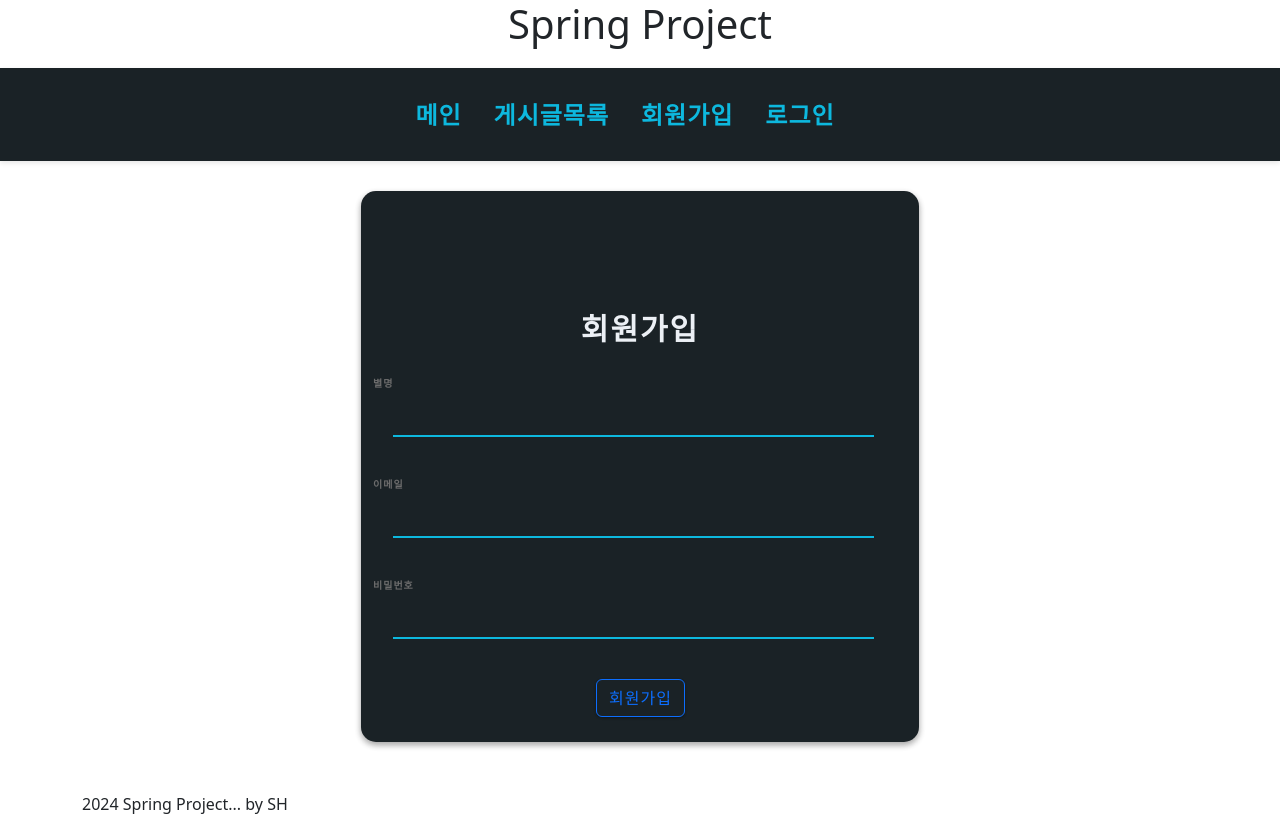
Repository: dtkd19/spring_personal_project
Page: http://localhost/myproject/WEB-INF/views/user/register.jsp
The author's editor kept a copy of each file at every save. The page is drawn from the files as they stood at one save, then again after the next save.
The browser window is 1280 px wide. The pictures show the whole page.
The page is served by Tomcat 9. Nobody is signed in. The template is opened directly, without the code that normally fills it, so the values that code supplies are empty.

Above is the page before, as saved 2024-11-08 07:16:38.

After the next save:
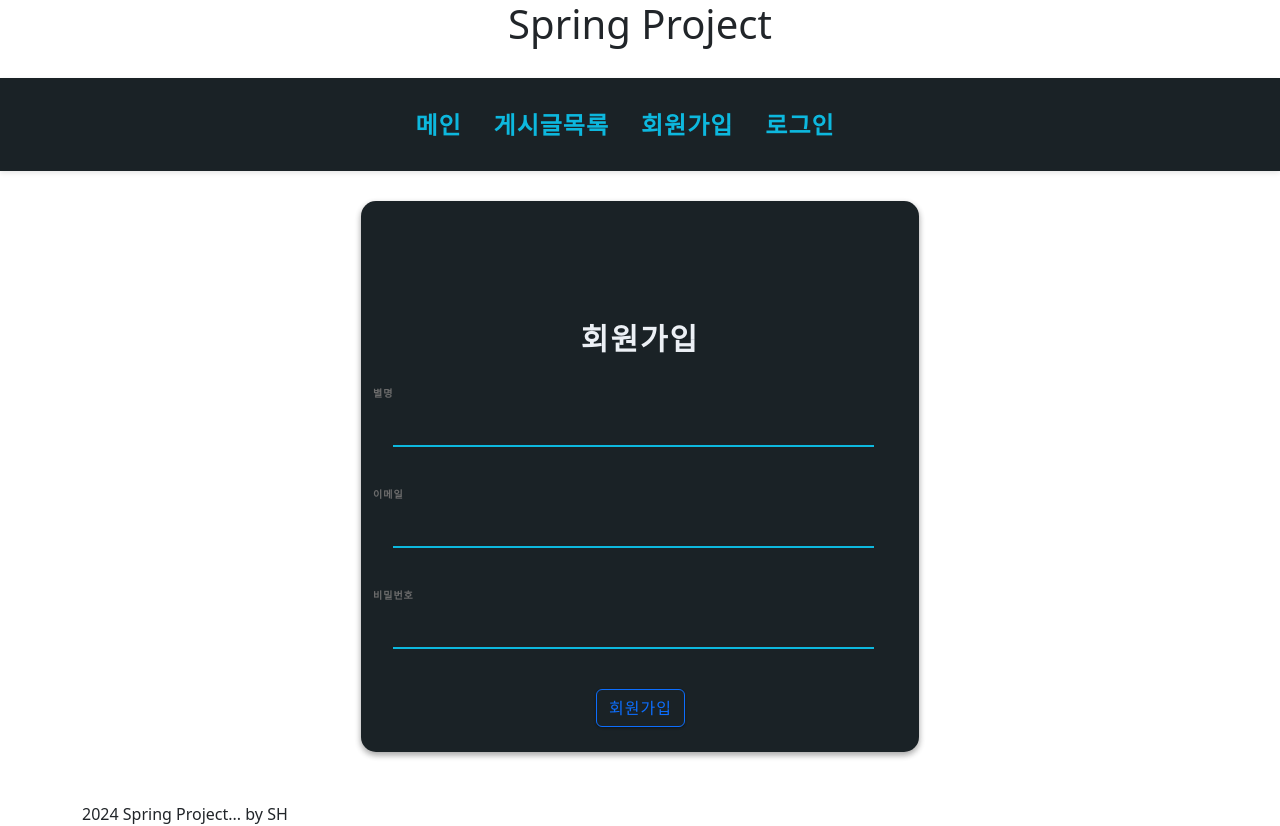
Saved 4 s later.
--- a/myproject/src/main/webapp/resources/css/header.css
+++ b/myproject/src/main/webapp/resources/css/header.css
@@ -24,5 +24,5 @@
 }
 
 .pj{
-	margin-bottom: 20px;
+	margin-bottom: 30px;
 }
